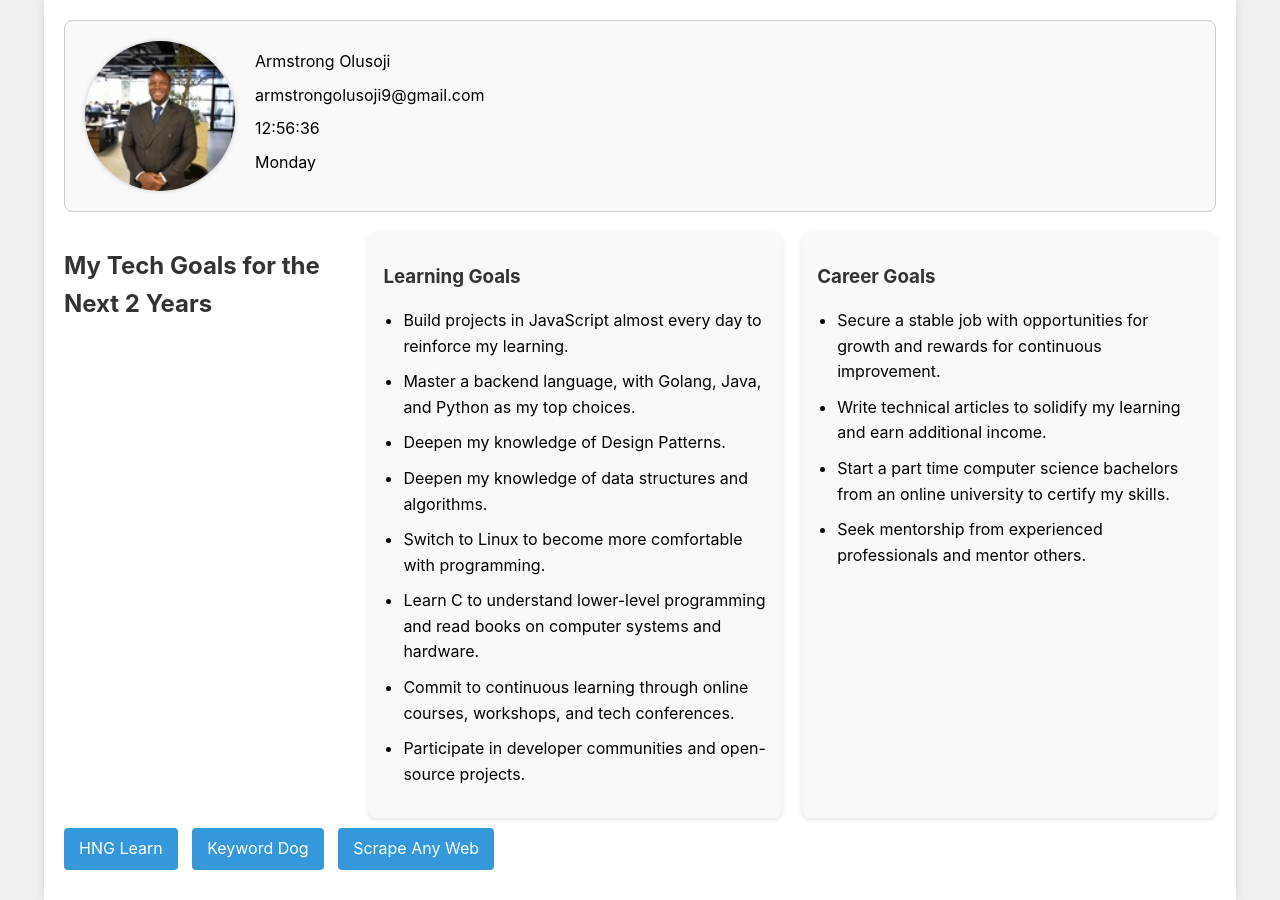
Repository: Armstrong2035/hng-project-one
Page: index.html
These files come from the project's save history. The page is drawn as it stood at one moment and after the next save; the edit follows.
The browser window is 1280 px wide. The pictures show the whole page.

Above is the page before, as saved 2024-07-01 17:47:23.

### index.html
<!DOCTYPE html>
<html>
  <head>
    <meta charset="utf-8" />
    <meta name="viewport" content="width=device-width" />
    <title>Armstrong Olusoji's Goals</title>
    <link href="style.css" rel="stylesheet" type="text/css" />
    <script src="script.js" defer></script>
  </head>
  <body>
    <div id="container">
      <div class="profile-card">
        <div class="profile-picture">
          <img
            src="Headshot.jpg"
            alt="Profile Picture"
            class="headshot"
            data-testid="slackProfilePicture"
          />
        </div>
        <div class="display-information">
          <p data-testid="slackDisplayName">Armstrong Olusoji</p>
          <p data-testid="slackEmail">armstrongolusoji9@gmail.com</p>
          <p data-testid="currentTimeUTC" id="current-time">Loading...</p>
          <p data-testid="currentDay" id="current-day">Loading...</p>
        </div>
      </div>

      <section id="my-goals">
        <h2>My Tech Goals for the Next 2 Years</h2>
        <div class="learning-goals">
          <h3>Learning Goals</h3>
          <ul>
            <li>
              Build projects in JavaScript almost every day to reinforce my
              learning.
            </li>
            <li>
              Master a backend language, with Golang, Java, and Python as my top
              choices.
            </li>
            <li>Deepen my knowledge of Design Patterns.</li>
            <li>Deepen my knowledge of data structures and algorithms.</li>
            <li>
              Switch to Linux to become more comfortable with programming.
            </li>
            <li>
              Learn C to understand lower-level programming and read books on
              computer systems and hardware.
            </li>
            <li>
              Commit to continuous learning through online courses, workshops,
              and tech conferences.
            </li>
            <li>
              Participate in developer communities and open-source projects.
            </li>
          </ul>
        </div>
        <div class="career-goals">
          <h3>Career Goals</h3>
          <ul>
            <li>
              Secure a stable job with opportunities for growth and rewards for
              continuous improvement.
            </li>
            <li>
              Write technical articles to solidify my learning and earn
              additional income.
            </li>
            <li>
              Start a part time computer science bachelors from an online
              university to certify my skills.
            </li>
            <li>
              Seek mentorship from experienced professionals and mentor others.
            </li>
          </ul>
        </div>
      </section>

      <section>
        <a href="https://hng.tech/learn" data-testid="hngLink">HNG Learn</a>
        <a href="https://keyword.dog" data-testid="keywordLink">Keyword Dog</a>
        <a href="https://scrapeanyweb.site" data-testid="scrapeanywebLink"
          >Scrape Any Web</a
        >
      </section>
    </div>
  </body>
</html>

### style.css
body {
  font-family: "Inter", sans-serif;
  line-height: 1.6;
  margin: 0;
  padding: 0;
  background-color: #f0f0f0;
}

#container {
  margin: 0 auto;
  width: 90%;
  max-width: 1200px;
  padding: 20px;
  background-color: #fff;
  box-shadow: 0 0 10px rgba(0, 0, 0, 0.1);
}

.profile-card {
  margin-bottom: 1.25rem;
  display: flex;
  flex-direction: column;
  align-items: center;
  border: 1px solid #ccc;
  padding: 20px;
  background-color: #f9f9f9;
  border-radius: 8px;
}

.profile-picture {
  height: 150px;
  width: 150px;
  border-radius: 50%;
  overflow: hidden;
  margin-bottom: 15px;
  box-shadow: 0 0 5px rgba(0, 0, 0, 0.2);
}

.profile-picture .headshot {
  height: 100%;
  width: 100%;
  object-fit: cover;
}

.display-information {
  text-align: center;
}

.display-information p {
  margin: 0.5rem 0;
}

h2,
h3 {
  margin: 15px 0;
  color: #333;
}

#my-goals {
  display: flex;
  flex-direction: column;
  gap: 20px;
}

.learning-goals,
.career-goals {
  background-color: #f9f9f9;
  padding: 15px;
  border-radius: 8px;
  box-shadow: 0 2px 4px rgba(0, 0, 0, 0.1);
}

ul {
  padding-left: 20px;
}

li {
  margin-bottom: 10px;
}

a {
  display: inline-block;
  margin: 10px 10px 10px 0;
  padding: 8px 15px;
  color: #fff;
  background-color: #3498db;
  text-decoration: none;
  border-radius: 4px;
  transition: background-color 0.3s ease;
}

a:hover {
  background-color: #2980b9;
}

/* Responsive design */
@media (min-width: 768px) {
  .profile-card {
    flex-direction: row;
    align-items: flex-start;
  }

  .profile-picture {
    margin-right: 20px;
    margin-bottom: 0;
  }

  .display-information {
    text-align: left;
  }

  #my-goals {
    flex-direction: row;
  }

  .learning-goals,
  .career-goals {
    width: 48%;
  }
}

@media (max-width: 767px) {
  #container {
    width: 95%;
    padding: 10px;
  }

  .profile-card {
    padding: 15px;
  }

  h2 {
    font-size: 1.5em;
  }

  h3 {
    font-size: 1.2em;
  }
}

@media (max-width: 480px) {
  .profile-picture {
    height: 120px;
    width: 120px;
  }

  h2 {
    font-size: 1.3em;
  }

  h3 {
    font-size: 1.1em;
  }

  a {
    display: block;
    margin: 10px 0;
  }
}

### script.js
function updateTime() {
  const now = new Date();
  const utcTime = now.toISOString().slice(11, 19);
  const day = now.toLocaleDateString("en-US", { weekday: "long" });
  document.getElementById("current-time").textContent = ` ${utcTime}`;
  document.getElementById("current-day").textContent = ` ${day}`;
}

setInterval(updateTime, 1000);
updateTime();

After the next save:
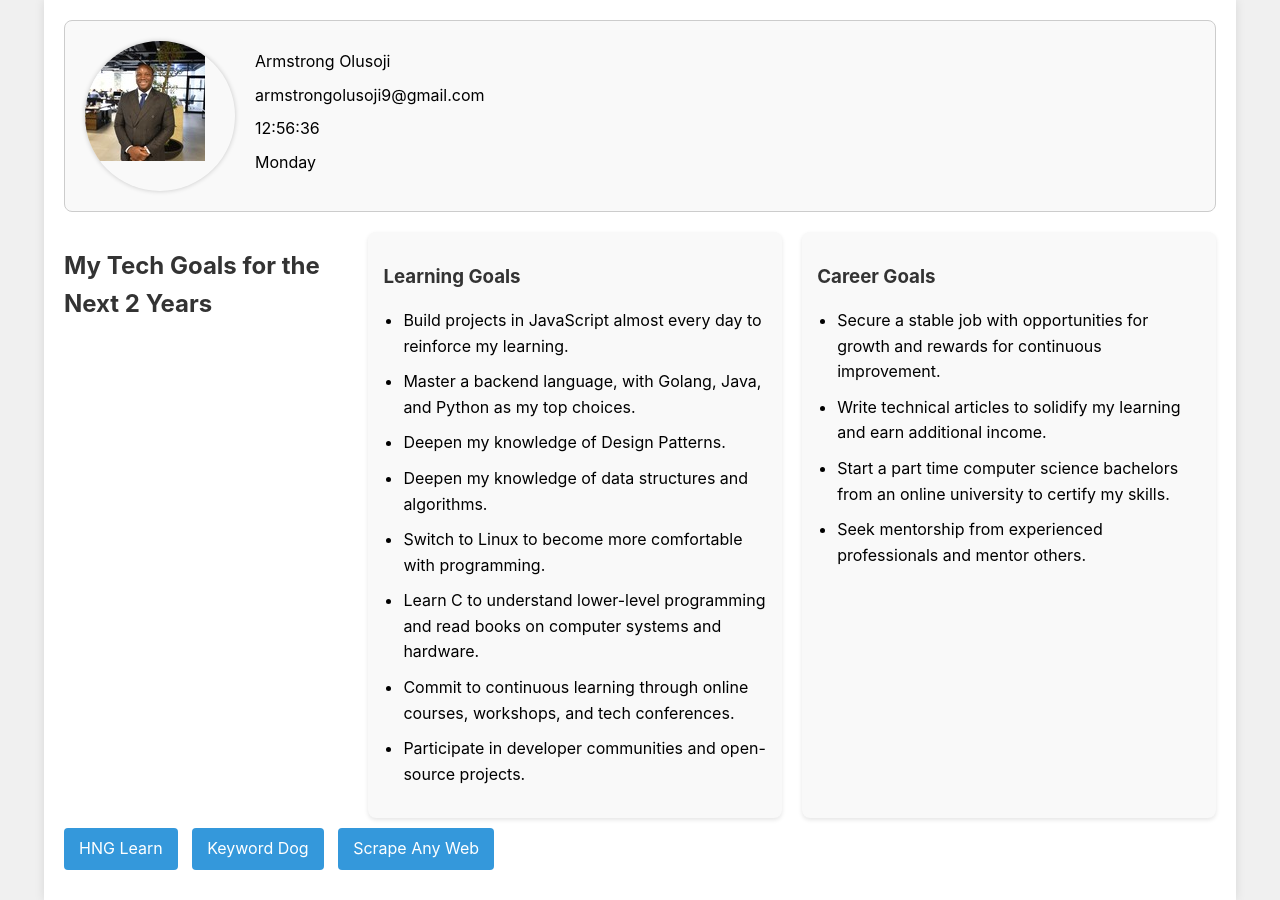
Saved 6 min 47 s later.
--- a/style.css
+++ b/style.css
@@ -36,8 +36,6 @@
 }
 
 .profile-picture .headshot {
-  height: 100%;
-  width: 100%;
   object-fit: cover;
 }
 

After the save that followed:
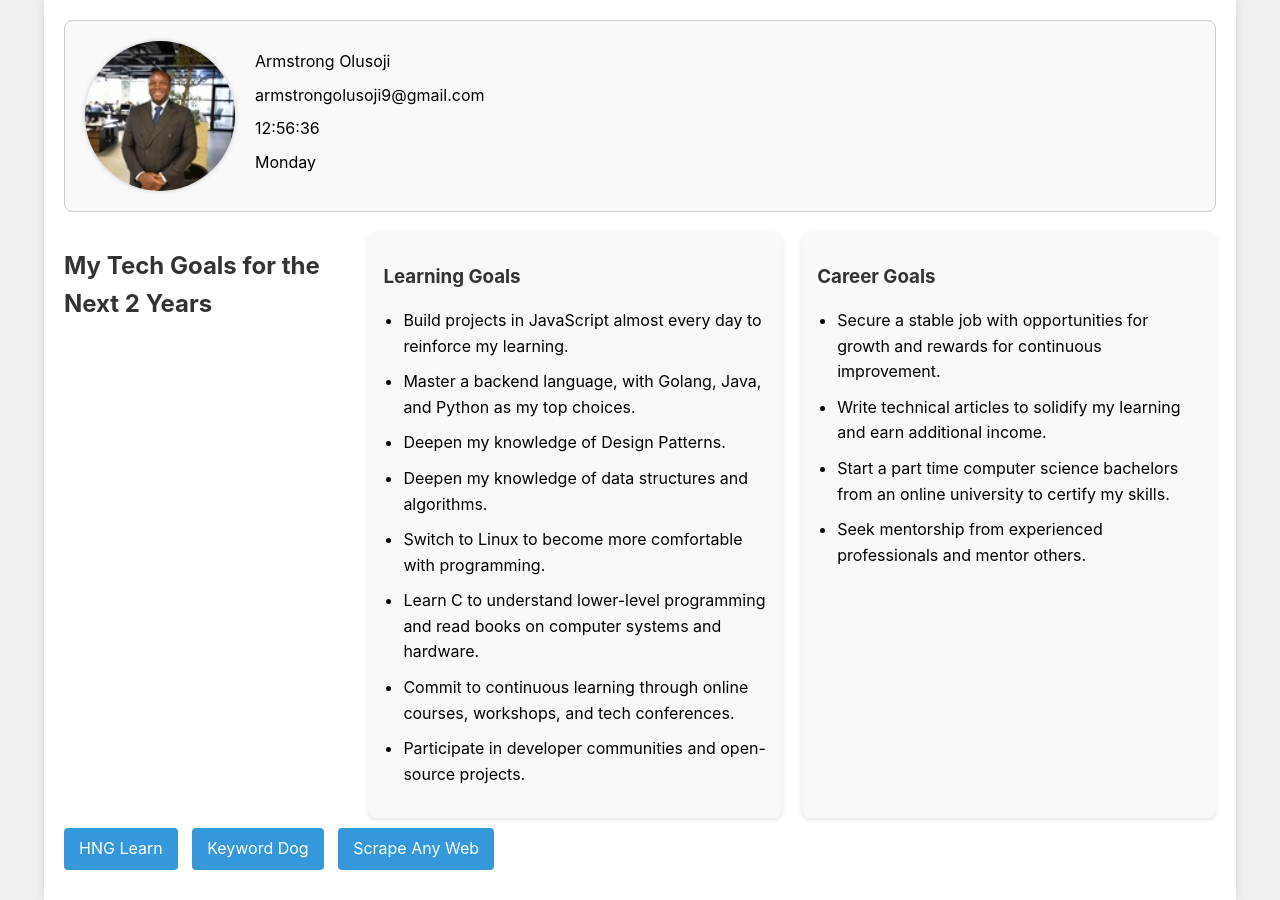
Saved 10 s later.
--- a/style.css
+++ b/style.css
@@ -36,6 +36,8 @@
 }
 
 .profile-picture .headshot {
+  height: 100%;
+  width: 100%;
   object-fit: cover;
 }
 
